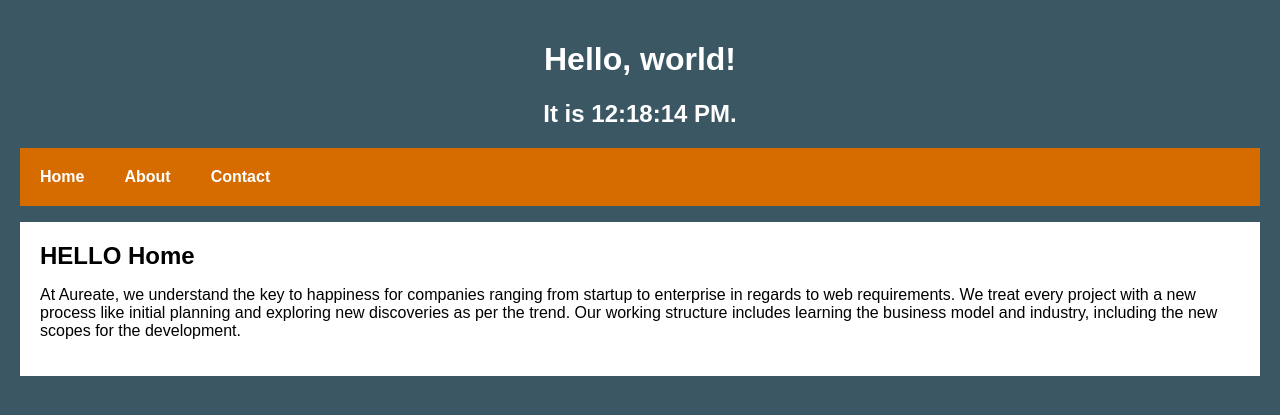
Repository: hardikaureate/React-Pages-Menu
Page: /
These files come from the project's save history. The page is drawn as it stood at one moment and after the next save; the edit follows.
The browser window is 1280 px wide. The pictures show the whole page.
The project was rebuilt for these pictures with package versions that can differ from the ones it lists, and the page was loaded fresh each time. Also part of the build but not shown: src/About.js, src/Contact.js.

Above is the page before, as saved 2020-10-09 14:57:57.

After the next save:
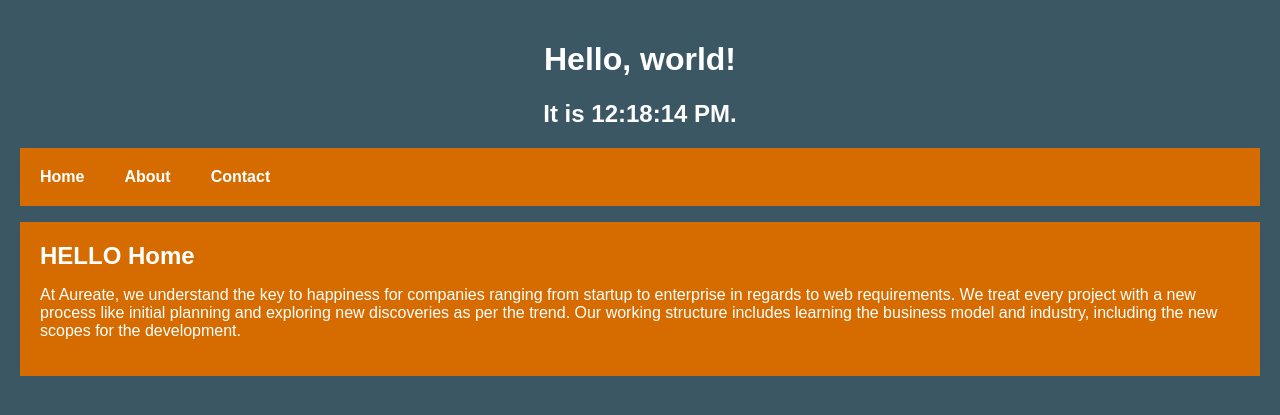
Saved 25 s later.
--- a/src/index.css
+++ b/src/index.css
@@ -32,8 +32,9 @@
 }
 
 .content {
-    background-color: #FFF;
+    background-color: #d66c00;
     padding: 20px;
+    color: #FFF;
 }
 
 .content h2 {
